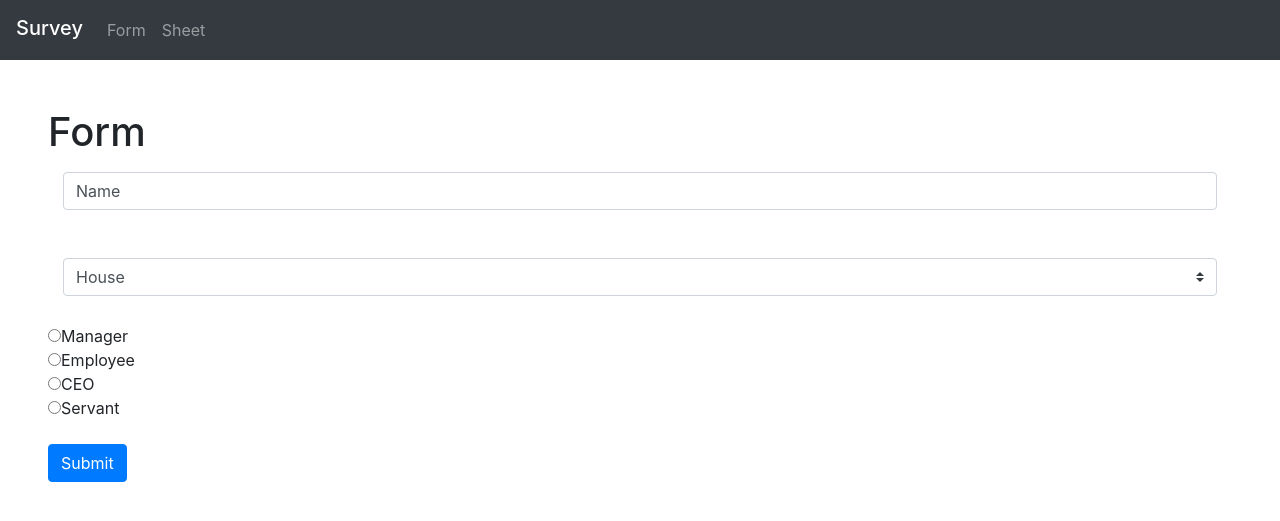
Repository: bahgaat/cs50
Page: http://localhost/form
The author's editor kept a record of every edit. The page is drawn from the files as they stood at one moment, then again after the next edit.
The browser window is 1280 px wide. The pictures show the whole page.
The page is served by the project's application, run on Flask 3 (pset7/survey/application.py).

Above is the page before.

### environment/pset7/survey/templates/form.html
{% extends "layout.html" %}

{% block main %}

    <!-- http://getbootstrap.com/docs/4.1/content/typography/ -->
    <h1 class="mb-3">Form</h1>

    <!-- http://getbootstrap.com/docs/4.1/components/forms/ -->
    <form onsubmit="return validation()"; action="/form" method="post">
      <div class="col-auto my-1">

        <input id="name" type="text" class="form-control" name="name" value="Name"><br><br>
        <label class="mr-sm-2 sr-only" for="inlineFormCustomSelect"></label>
        <select id="house" class="custom-select mr-sm-2">
            <option value=""selected disabled hidden>House</option>
            <option value="MasrElGedida">MasrElgedida</option>
            <option value="Nasr city">NasrCity</option>
            <option value="ElMaadi">ElMaadi</option>
            <option value="6 October">6 October</option>
            <br>
        </select>
       </div>
        <br>
        <input id="Manager" type="radio" name="position" value="Manager">Manager<br>
        <input id="Employee"type="radio" name="position" value="Employee">Employee<br>
        <input id="CEO"     type="radio" name="position" value="CEO">CEO<br>
        <input id="Servant" type="radio" name="position" value="Servant">Servant<br>
        <br>






        <!-- TODO -->

        <!-- http://getbootstrap.com/docs/4.1/components/buttons/ -->
        <button class="btn btn-primary" type="submit">Submit</button>

    </form>

    <script>

        function validation()
        {
            var name = document.getElementById("name");
            var house = document.getElementById("house");
            var manager = document.getElementById("Manager").checked;
            var employee = document.getElementById("Employee").checked;
            var ceo = document.getElementById("CEO").checked;
            var servant = document.getElementById("Servant").checked;
            if (name.value == "Name")
            {
                alert("Enter your name");
                return false;
            }
            else if (house.value == "")
            {
                alert("Enter your house");
                return false;
            }
            else if ((manager=="") && (employee=="") && (ceo=="") && (servant==""))
            {
                alert("Enter your position");
                return false;
            }
            else
            {
                return true;
            }


        }

    </script>

{% endblock %}

### environment/pset7/survey/templates/layout.html
<!DOCTYPE html>

<html>

    <head>

        <meta name="viewport" content="initial-scale=1, width=device-width">

        <!-- http://getbootstrap.com/docs/4.1/ -->
        <link href="https://stackpath.bootstrapcdn.com/bootstrap/4.1.3/css/bootstrap.min.css" rel="stylesheet">
        <script src="https://code.jquery.com/jquery-3.3.1.min.js"></script>
        <script src="https://cdnjs.cloudflare.com/ajax/libs/popper.js/1.14.3/umd/popper.min.js"></script>
        <script src="https://stackpath.bootstrapcdn.com/bootstrap/4.1.3/js/bootstrap.min.js"></script>

        <link href="/static/styles.css" rel="stylesheet">

        <title>Survey</title>

    </head>

    <body>

        <!-- http://getbootstrap.com/docs/4.1/components/navbar/ -->
        <nav class="navbar navbar-expand-sm navbar-dark bg-dark">
            <a class="navbar-brand mb-1 h1" href="/">Survey</a>
            <button aria-controls="navbarNav" aria-expanded="false" aria-label="Toggle navigation" class="navbar-toggler" type="button" data-target="#navbarNav" data-toggle="collapse">
                <span class="navbar-toggler-icon"></span>
            </button>
            <div class="collapse navbar-collapse" id="navbarNav">
                <ul class="navbar-nav">
                    <li class="nav-item">
                        <a class="nav-link" href="/form">Form</a>
                    </li>
                    <li class="nav-item">
                        <a class="nav-link" href="/sheet">Sheet</a>
                    </li>
                </ul>
            </div>
        </nav>

        <!-- http://getbootstrap.com/docs/4.1/layout/overview/#containers -->
        <main class="container-fluid p-5">
            {% block main %}{% endblock %}
        </main>

    </body>

</html>

### environment/pset7/survey/application.py
import cs50
import csv

from flask import Flask, jsonify, redirect, render_template, request

# Configure application
app = Flask(__name__)

# Reload templates when they are changed
app.config["TEMPLATES_AUTO_RELOAD"] = True


@app.after_request
def after_request(response):
    """Disable caching"""
    response.headers["Cache-Control"] = "no-cache, no-store, must-revalidate"
    response.headers["Expires"] = 0
    response.headers["Pragma"] = "no-cache"
    return response


@app.route("/", methods=["GET"])
def get_index():
    return redirect("/form")


@app.route("/form", methods=["GET"])
def get_form():
    return render_template("form.html")


@app.route("/form", methods=["POST"])
def post_form():
    name = request.form.get("name")
    position = request.form.get("position")
    select = request.form.get("select")
    if name == "Name" or name == "" or position == "" or select=="" :
        return render_template("error.html", message="TODO")
    file = open("survey.csv","a")
    writer = csv.writer(file)
    writer.writerow((name,select,position))
    file.close()
    return redirect("/sheet")


@app.route("/sheet", methods=["GET"])
def get_sheet():
    file = open("survey.csv","r")
    reader = csv.reader(file)
    people = list(reader)
    file.close()
    return render_template("table.html",people=people)

Loaded but not shown: environment/pset7/survey/static/styles.css (common file)

After the next edit:
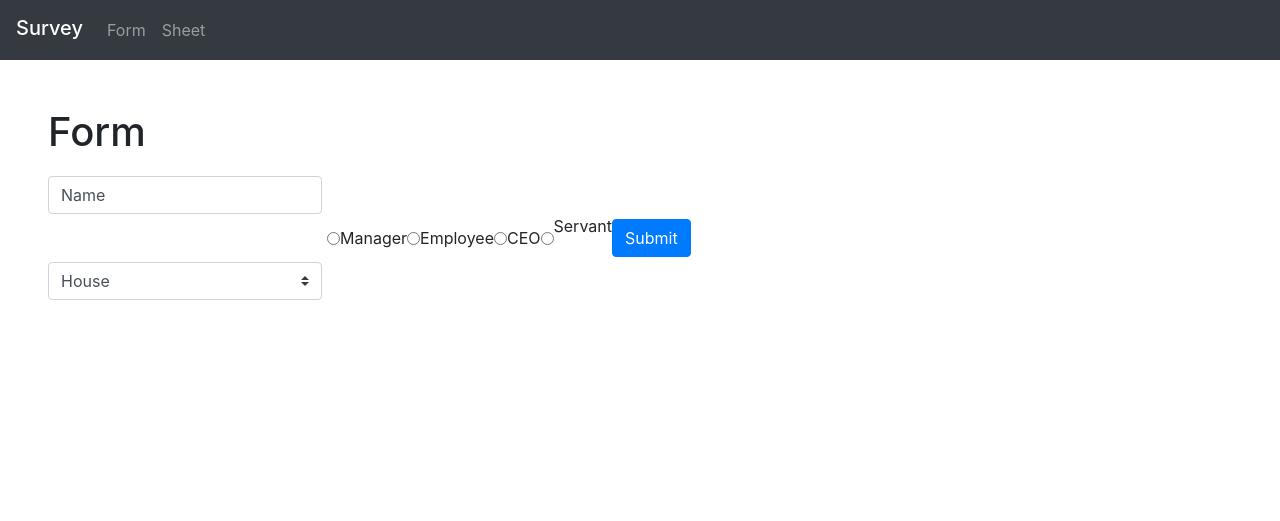
The edit:
--- a/environment/pset7/survey/templates/form.html
+++ b/environment/pset7/survey/templates/form.html
@@ -7,8 +7,8 @@
 
     <!-- http://getbootstrap.com/docs/4.1/components/forms/ -->
     <form onsubmit="return validation()"; action="/form" method="post">
+      <div class="form-row align-items-center">
       <div class="col-auto my-1">
-
         <input id="name" type="text" class="form-control" name="name" value="Name"><br><br>
         <label class="mr-sm-2 sr-only" for="inlineFormCustomSelect"></label>
         <select id="house" class="custom-select mr-sm-2">
